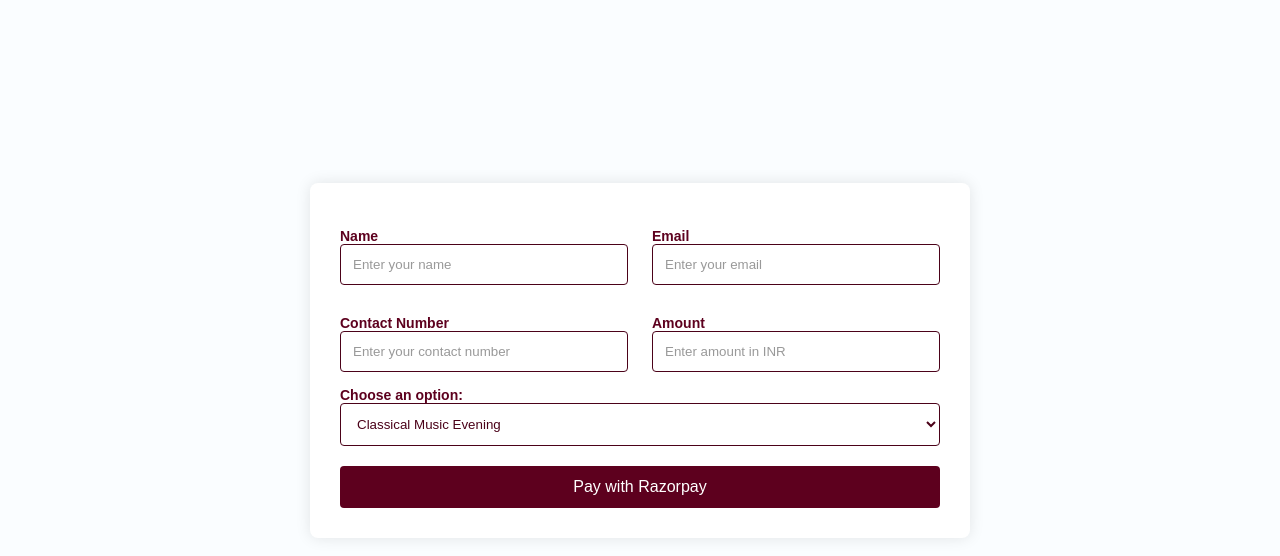
Repository: SharonSebastian32/razorpaypaymentgateway_implementation
Page: bookEventpage.html
These files come from the project's save history. The page is drawn as it stood at one moment and after a run of saves; the edit follows.
The browser window is 1280 px wide. The pictures show the whole page.

Above is the page before, as saved 2024-08-09 08:35:58.

After the next 2 saves:
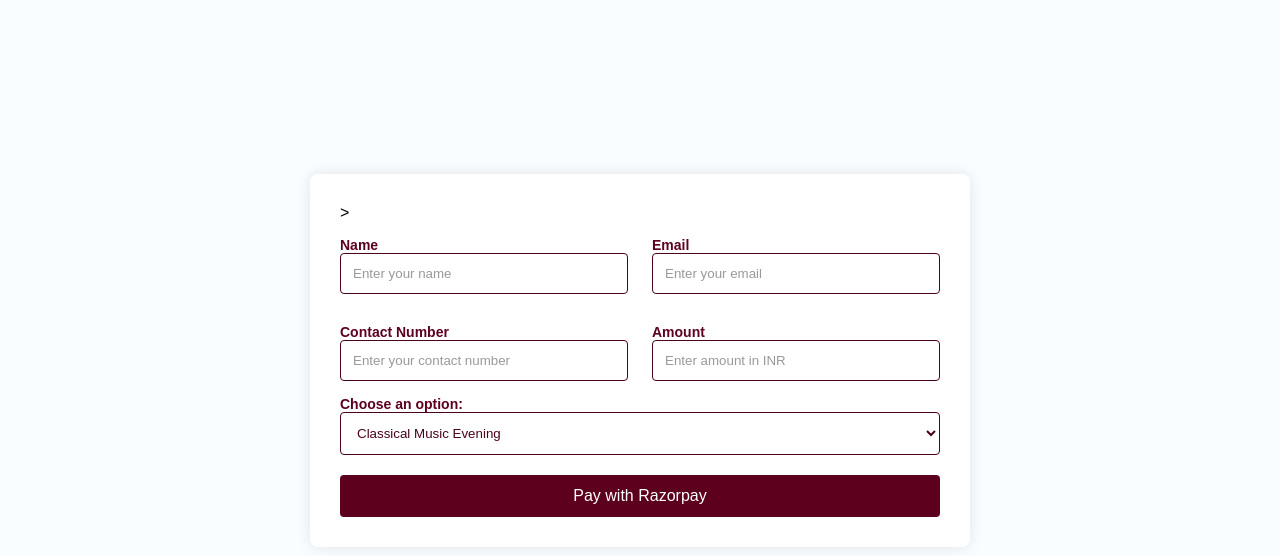
The 2 saves are shown as one change because they came seconds apart.
The last was saved 58 s later.
--- a/bookEventpage.html
+++ b/bookEventpage.html
@@ -5,11 +5,16 @@
     <meta name="viewport" content="width=device-width, initial-scale=1.0" />
     <title>Razorpay Payment Integration</title>
     <link rel="stylesheet" href="./Styles/css/paymentForm.css" />
-
   </head>
   <body>
     <div>
-       <form id="paymentForm" >
+      <form
+        id="paymentForm"
+        data-aos="flip-left"
+        data-aos-easing="ease-out-cubic"
+        data-aos-duration="2000"
+      >
+        >
         <div class="form-row">
           <div class="form-group">
             <label for="">Name</label>

After the 2 saves that followed:
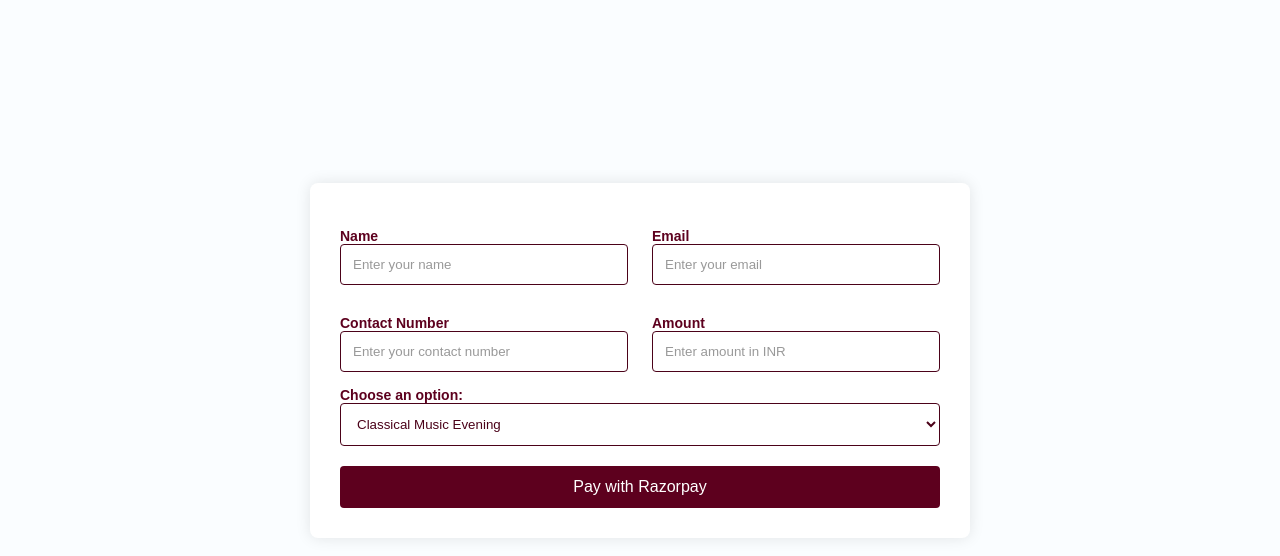
The 2 saves are shown as one change because they came seconds apart.
The last was saved 19 s later.
--- a/bookEventpage.html
+++ b/bookEventpage.html
@@ -14,7 +14,6 @@
         data-aos-easing="ease-out-cubic"
         data-aos-duration="2000"
       >
-        >
         <div class="form-row">
           <div class="form-group">
             <label for="">Name</label>
